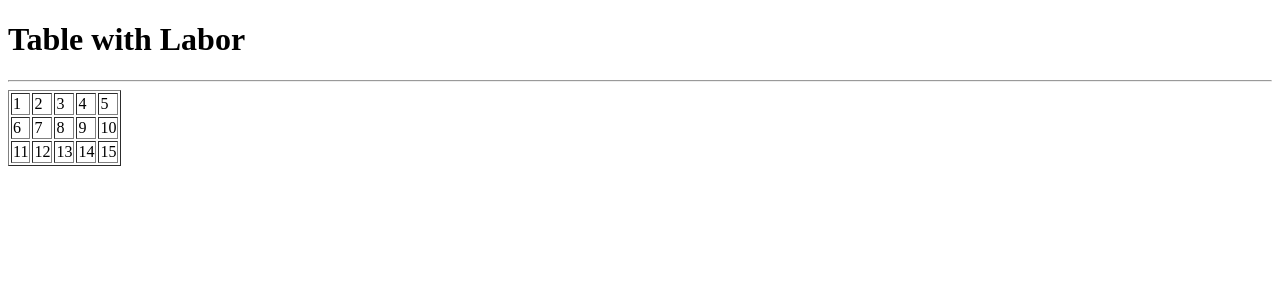
Repository: zxcvne/1400_web_nhs
Page: http://localhost/web/04_script_test.jsp
These files come from the project's save history. The page is drawn as it stood at one moment and after the next save; the edit follows.
The browser window is 1280 px wide. The pictures show the whole page.
The page is served by Tomcat 10.

Above is the page before, as saved 2025-10-25 08:28:35.

After the next save:
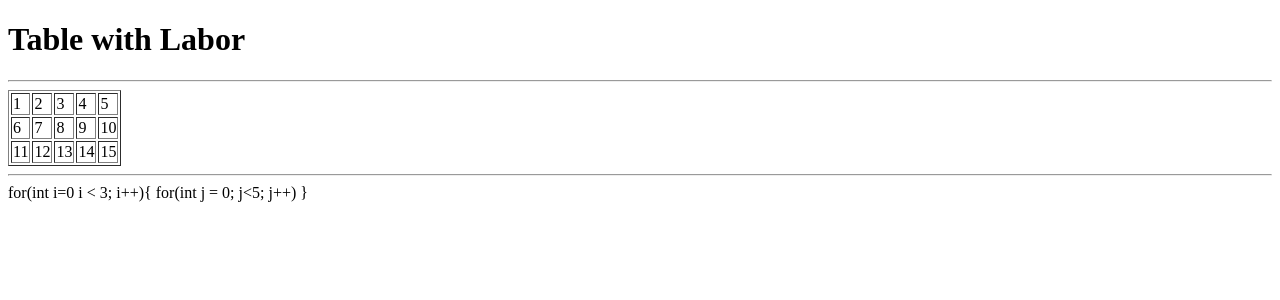
Saved 119 s later.
--- a/05_jsp/src/web/src/main/webapp/04_script_test.jsp
+++ b/05_jsp/src/web/src/main/webapp/04_script_test.jsp
@@ -32,5 +32,14 @@
 		<td>15</td>
 		</tr>
 	</table>
+	<hr>
+	<table>
+		for(int i=0 i < 3; i++){
+		<tr>
+			for(int j = 0; j<5; j++)
+			<td></td>
+		</tr>
+		}
+	</table>
 </body>
 </html>
